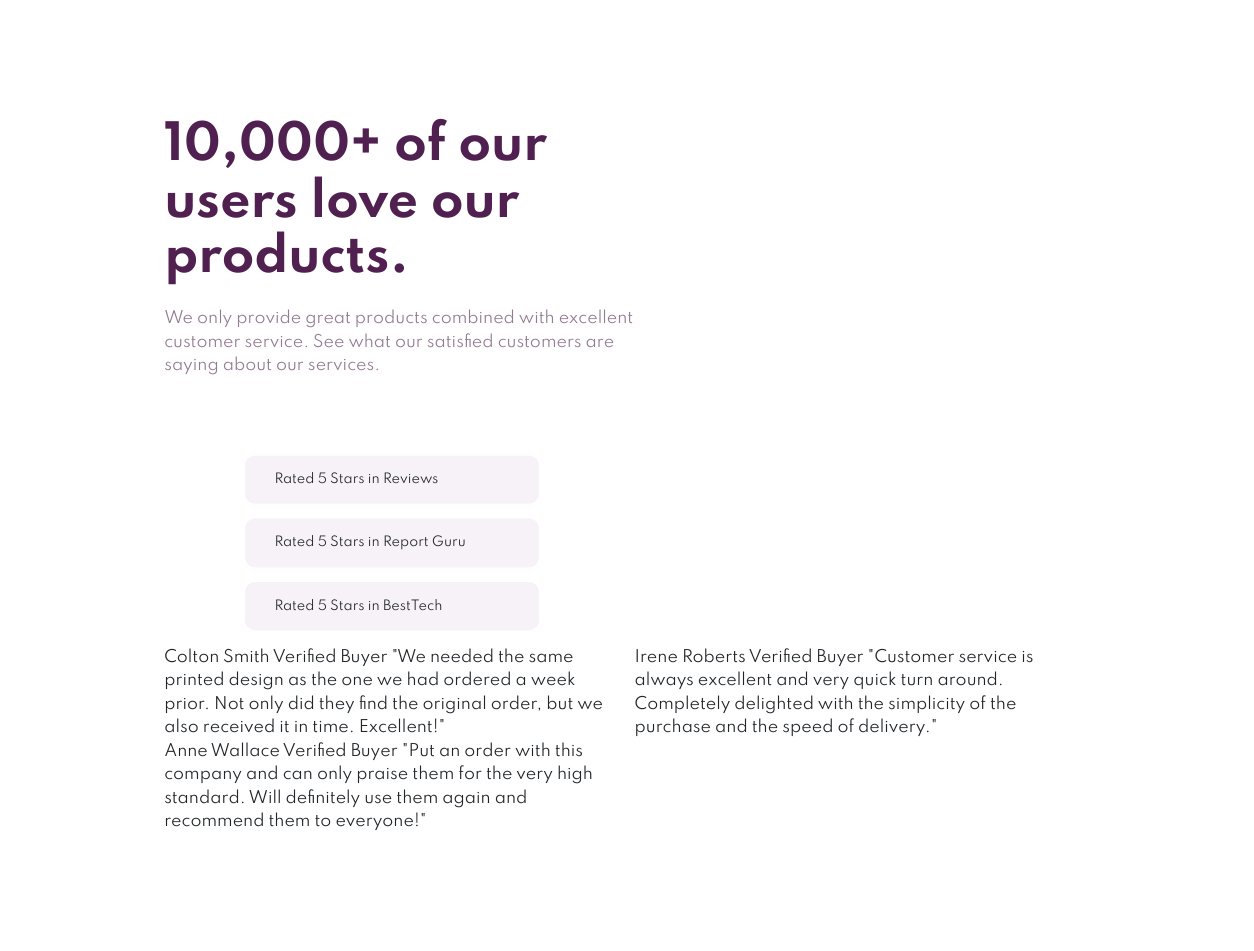
Repository: metehankasapp/social-proof-section-master
Page: index.html
These files come from the project's save history. The page is drawn as it stood at one moment and after the next save; the edit follows.
The browser window is 1280 px wide. The pictures show the whole page, at 98% of full size.
Some web libraries are served in a nearby version.

Above is the page before, as saved 2021-12-05 08:03:48.

After the next save:
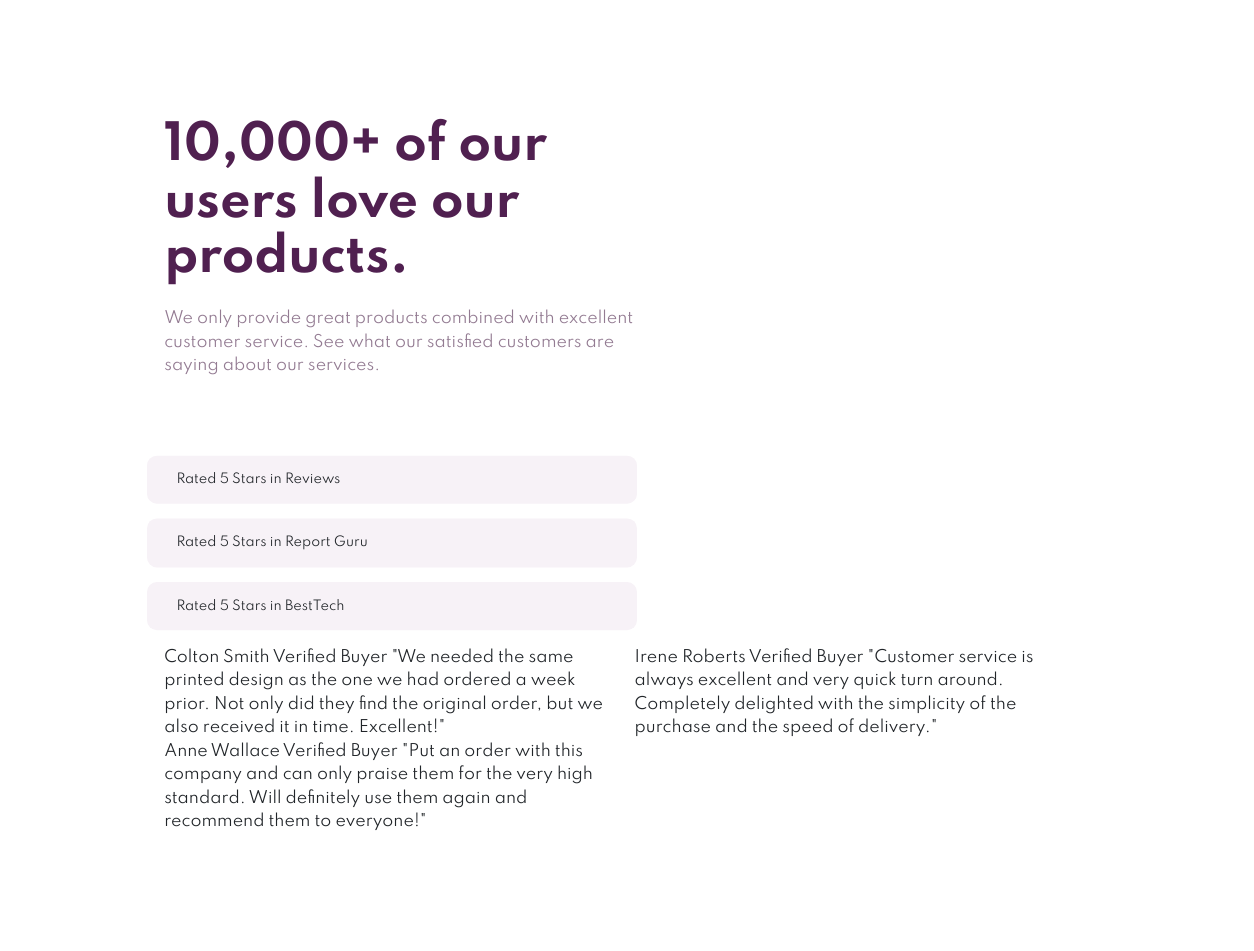
Saved 12 s later.
--- a/style.css
+++ b/style.css
@@ -42,5 +42,5 @@ body{
     font-size: 13px;
     margin-bottom: 1.5rem;
     border-radius: 10px;
-    width: 300px
+    width: 500px
 }
